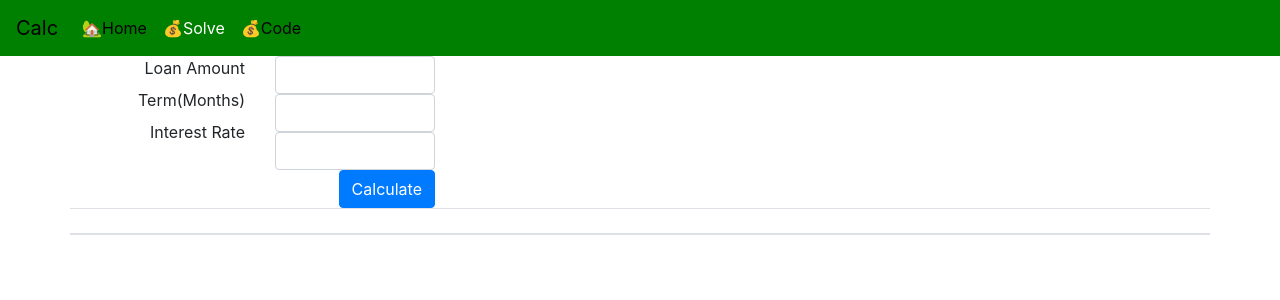
Repository: zhadjah9559/MortgageManager
Page: solve.html
An editor plug-in stored every save of this project. The page is shown before and after the next save, followed by the edit.
The browser window is 1280 px wide. The pictures show the whole page.

Above is the page before, as saved 2021-01-15 16:37:03.

After the next save:
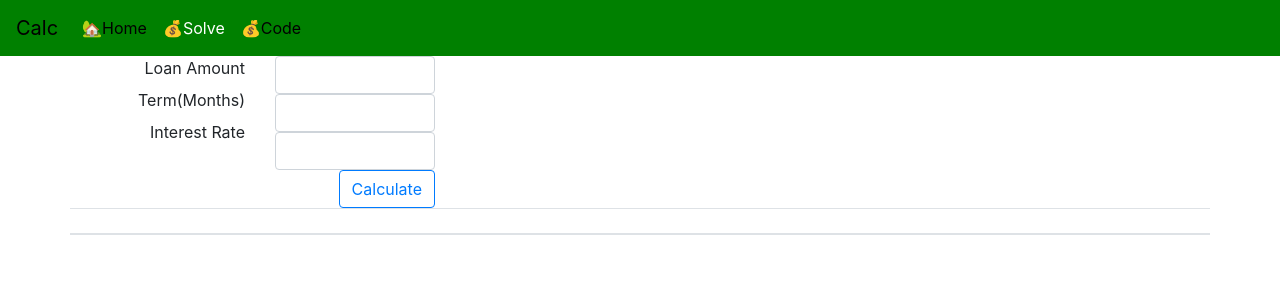
Saved 10 s later.
--- a/solve.html
+++ b/solve.html
@@ -50,7 +50,7 @@
                 <input type="text" class="form-control" id="loanAmount">
                 <input type="text" class="form-control" id="months">
                 <input type="text" class="form-control" id="interestRate">
-                <button class="btn btn-primary" type="submit" onclick="">Calculate</button>
+                <button class="btn btn-outline-primary" type="submit" onclick="">Calculate</button>
             </div>
 
 
